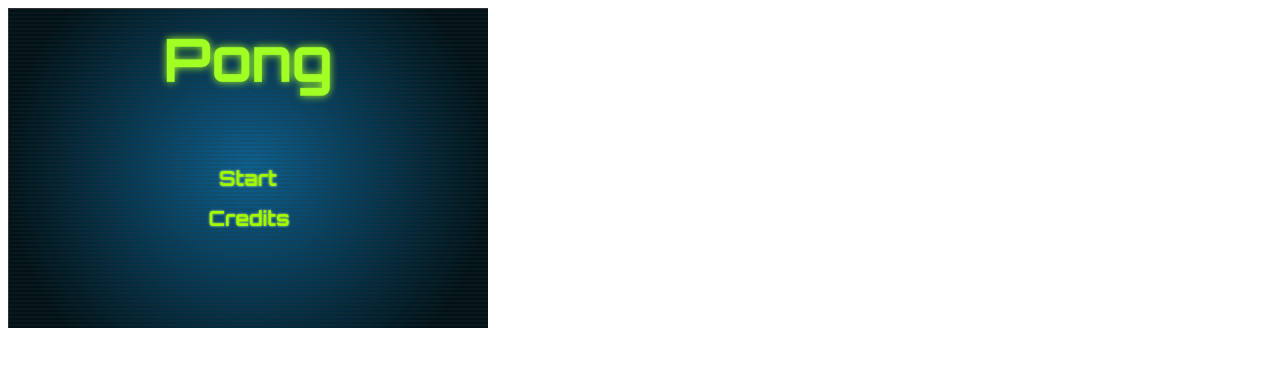
Repository: nourHellani/PongGame
Page: index.html
These files come from the project's save history. The page is drawn as it stood at one moment and after the next save; the edit follows.
The browser window is 1280 px wide. The pictures show the whole page.

Above is the page before, as saved 2023-01-31 12:21:36.

After the next save:
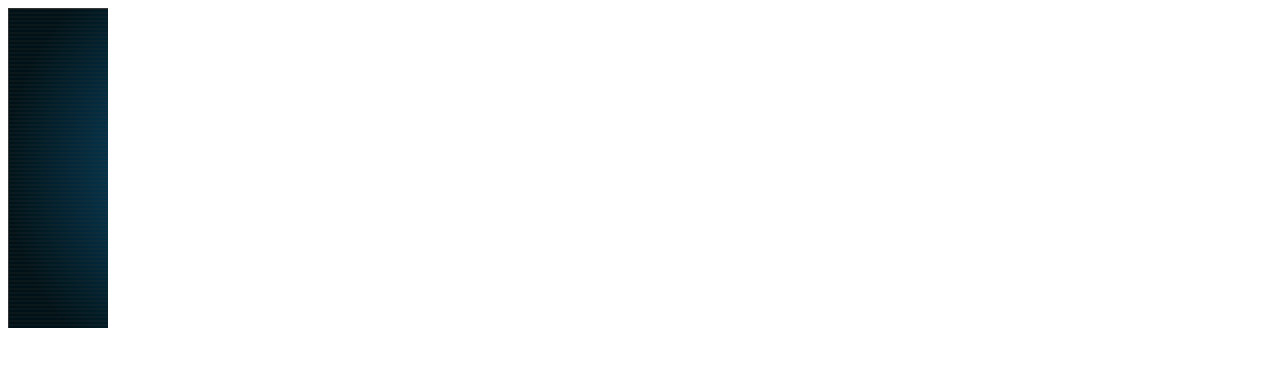
Saved 3 min 0 s later.
--- a/index.html
+++ b/index.html
@@ -16,6 +16,6 @@
 		<script src="https://code.jquery.com/jquery-3.5.1.min.js"></script>
 	</head>
 	<body onload="Main();">
-		<canvas id="Pong" width="480" height="320"></canvas>
+		<canvas id="Pong" width=100% height="320"></canvas>
 	</body>
 </html>
